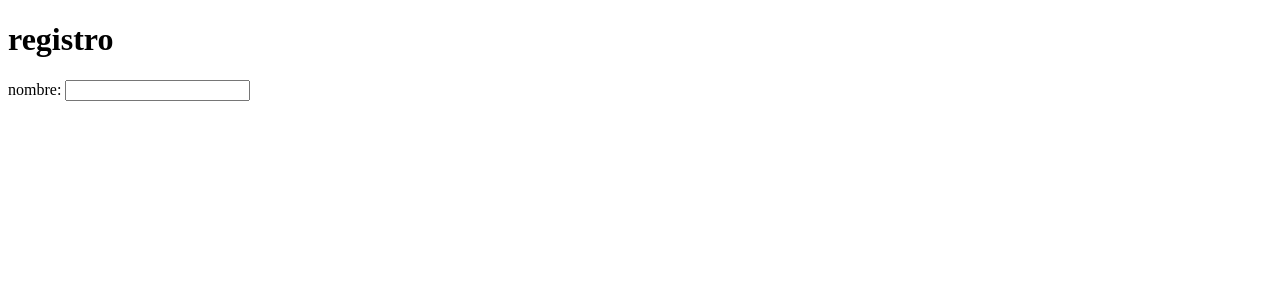
Repository: ye909/aplicacion_restaurante
Page: public/templeis/registro.html
The author's editor kept a copy of each file at every save. The page is drawn from the files as they stood at one save, then again after the next save.
The browser window is 1280 px wide. The pictures show the whole page.

Above is the page before, as saved 2024-11-12 21:30:02.

After the next save:
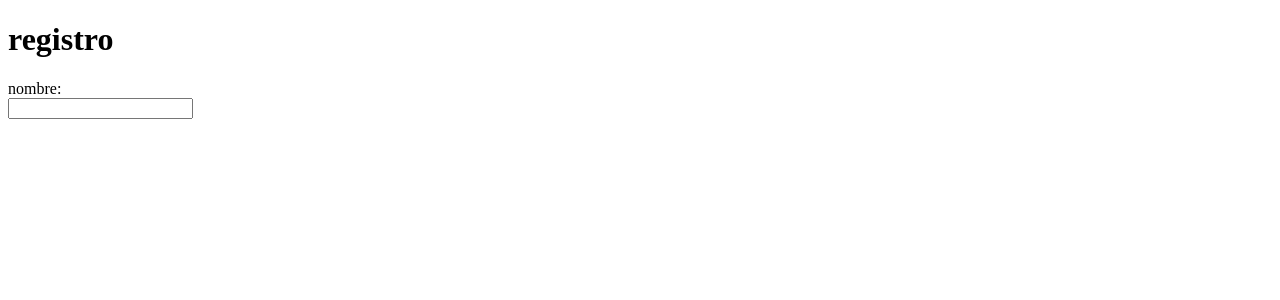
Saved 9 s later.
--- a/public/templeis/registro.html
+++ b/public/templeis/registro.html
@@ -9,7 +9,7 @@
     <h1>registro</h1>
     <div class="container_registro">
         <form action="">
-            <label for="nombre">nombre:</label>
+            <label for="nombre">nombre:</label><br>
             <input type="text" id="nombre" name="nombre" required>
         </form>
     </div>
